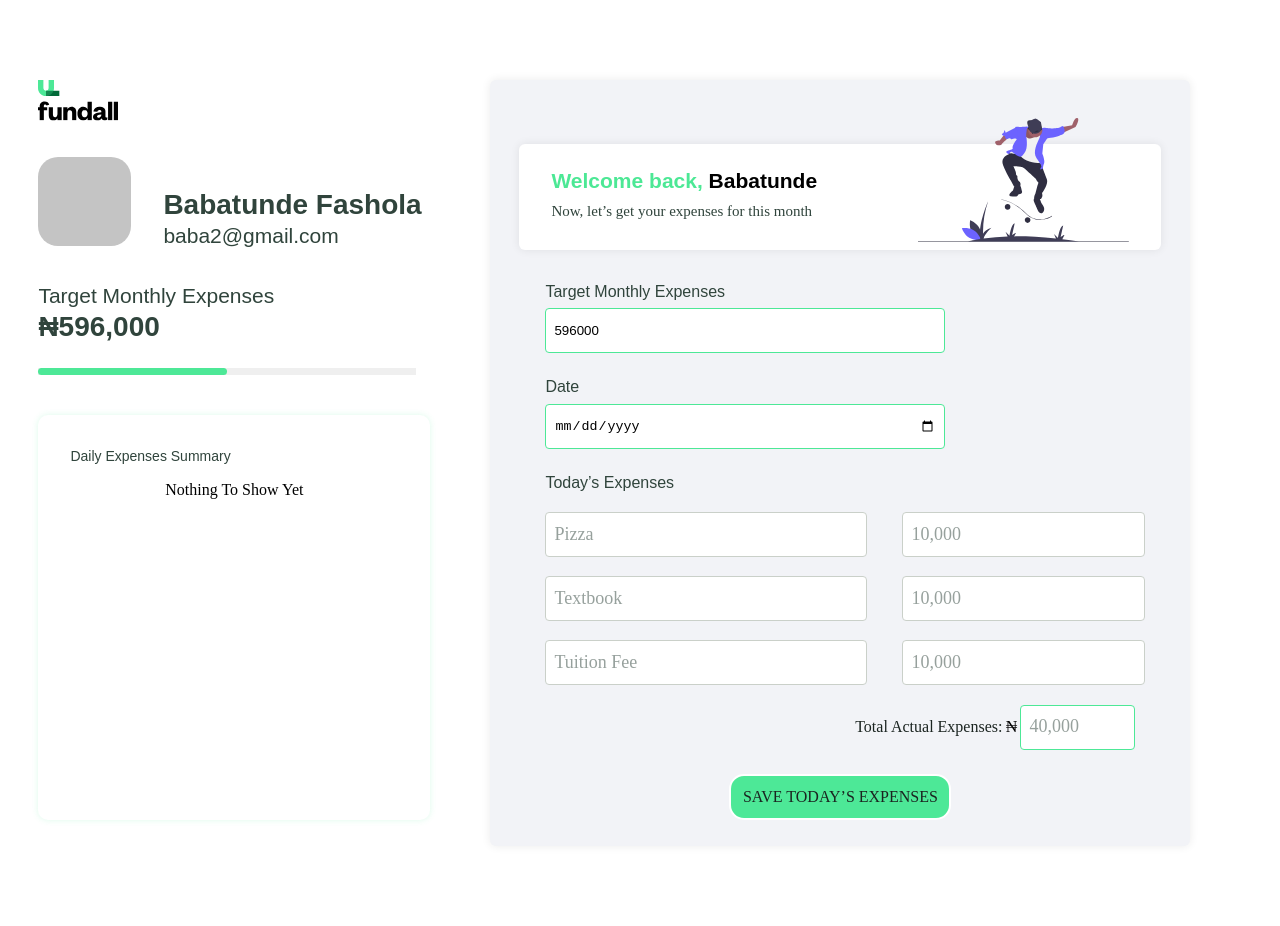
Repository: nilesjamex/niffty
Page: /dashboard
An editor plug-in stored every save of this project. The page is shown before and after the next save, followed by the edit.
The browser window is 1280 px wide. The pictures show the whole page.
The project was rebuilt for these pictures with package versions that can differ from the ones it lists, and the page was loaded fresh each time. Also part of the build but not shown: src/components/Nav.vue, src/views/Home.vue, src/views/SignUp.vue, src/views/Login.vue.

Above is the page before, as saved 2022-04-17 11:48:59.

After the next save:
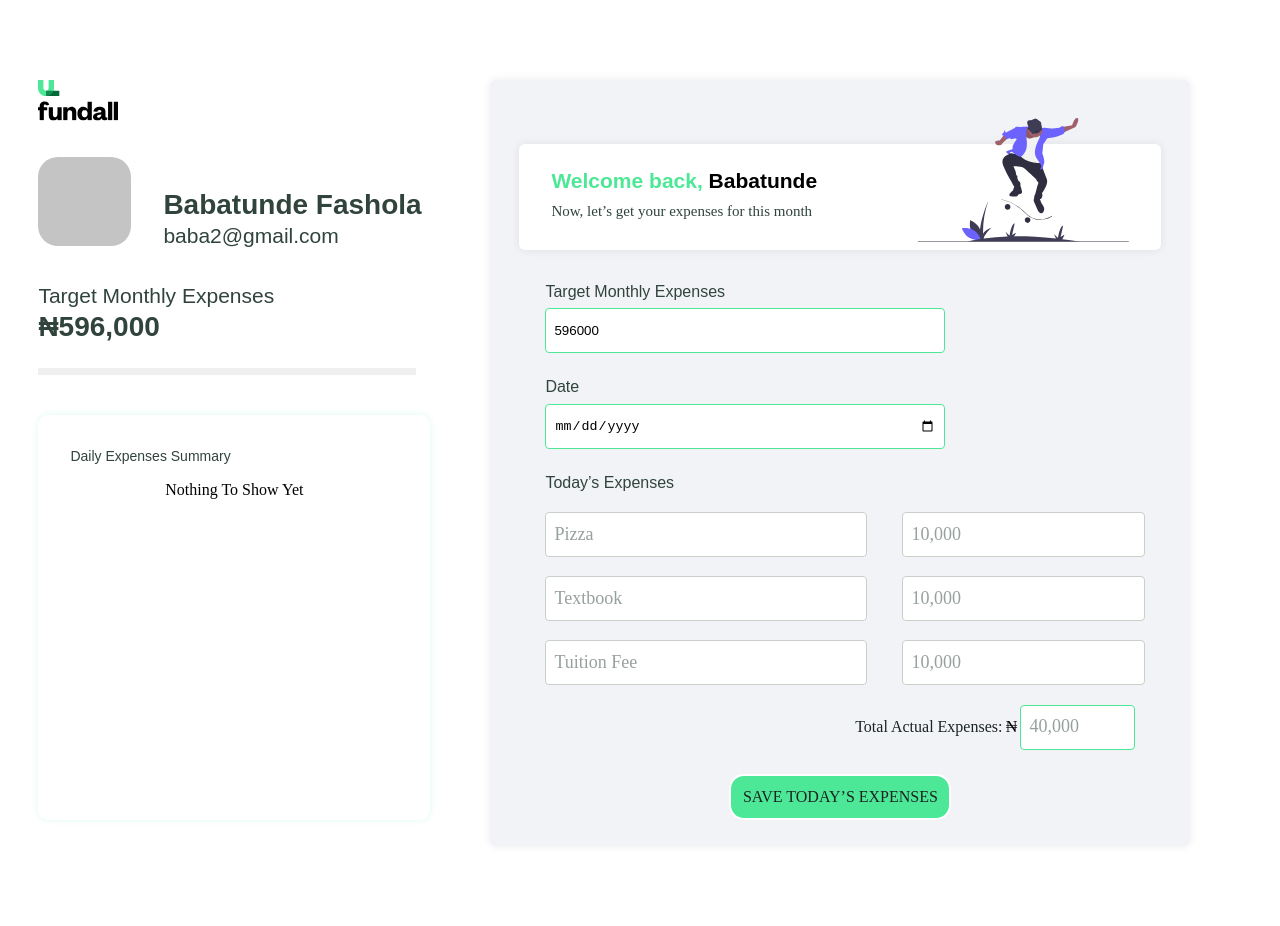
Saved 2 min 32 s later.
--- a/src/views/Dashboard.vue
+++ b/src/views/Dashboard.vue
@@ -28,7 +28,7 @@
                     </h2>
                     <div class="percent">
                       <div class="line1"></div>
-                      <div class="line2"></div>
+                      <div class="line2" :style="{ width: percent + '%'}"></div>
                     </div>
                   </div>
                   <div class="signup--intro--content--tab">
@@ -129,7 +129,7 @@
 export default {
   methods: {
     handlesubmit() {
-      this.percent = Math.floor(this.total/this.expense*100);
+      this.percent = this.total/this.expense*100;
       console.log(this.percent)
     }
   },
@@ -215,7 +215,7 @@ export default {
     position: absolute;
     z-index: 2;
     height: 7px;
-    width: 50%;
+    /* width: 50%; */
     background: #4DE897;
     border-radius: 10px;
   }
